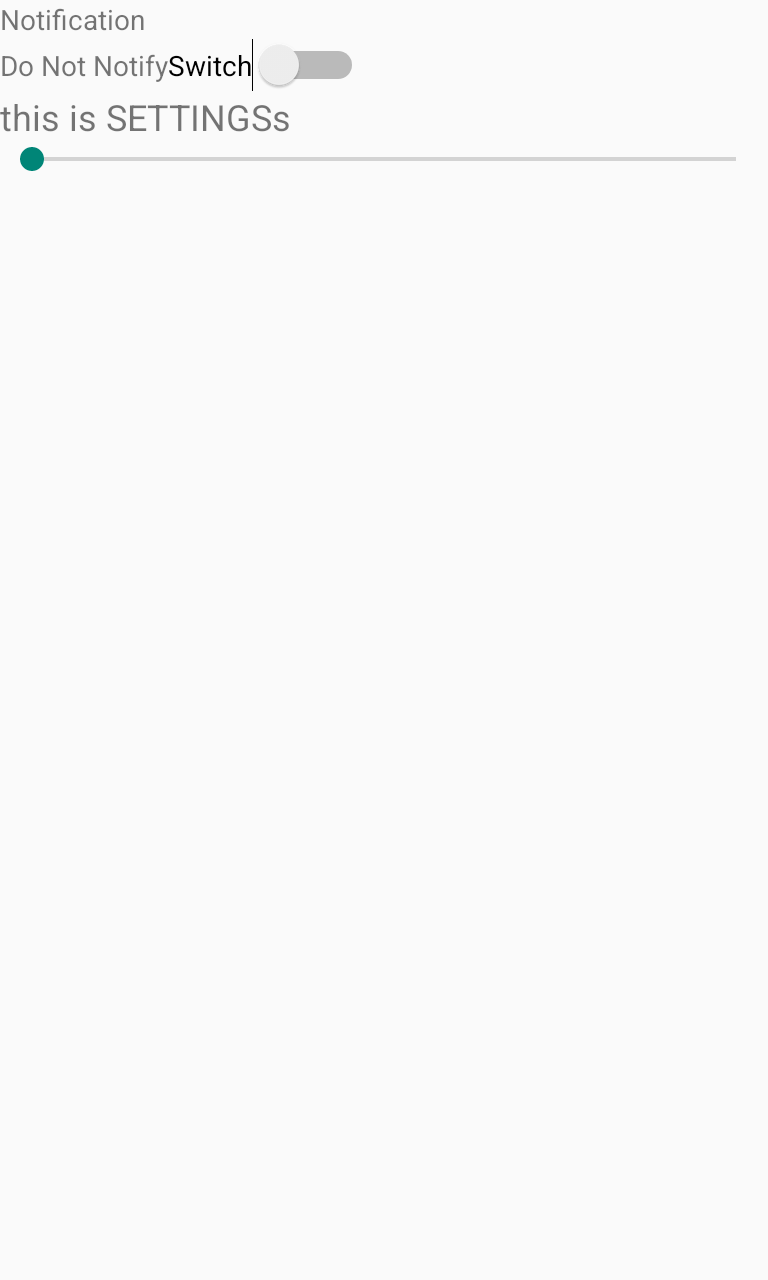
Repository: GitDidNotExitCleanly/AndroidTimer
Layout: G54MDP_Stopwatch/res/layout/fragment_settings.xml
These files come from the project's save history. The layout is drawn as it stood at one moment and after the next save; the edit follows.
It is drawn on a 768 x 1280 px phone screen (xhdpi) without system bars, with theme AppTheme; the app's code is not run.

Above is the layout before, as saved 2015-03-07 12:54:25.

After the next save:
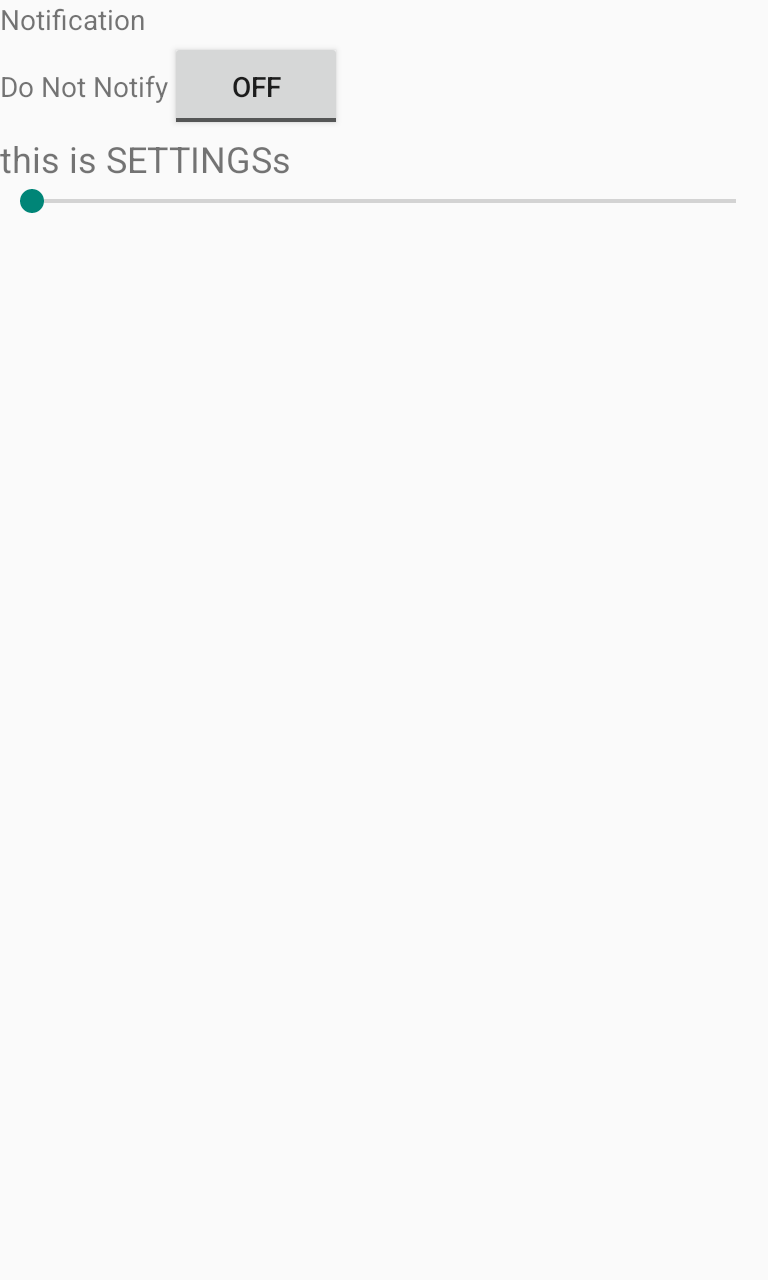
Saved 88 s later.
--- a/G54MDP_Stopwatch/res/layout/fragment_settings.xml
+++ b/G54MDP_Stopwatch/res/layout/fragment_settings.xml
@@ -14,7 +14,7 @@
             android:layout_height="wrap_content"
             android:text="Notification" />
 
-        <LinearLayout
+       <LinearLayout
             android:layout_width="match_parent"
             android:layout_height="wrap_content" >
 
@@ -24,11 +24,12 @@
                 android:layout_height="wrap_content"
                 android:text="Do Not Notify" />
 
-            <Switch
-                android:id="@+id/switch1"
+            <ToggleButton
+                android:id="@+id/toggleButton1"
                 android:layout_width="wrap_content"
                 android:layout_height="wrap_content"
-                android:text="Switch" />
+                android:text="ToggleButton" />
+
         </LinearLayout>
     </LinearLayout>
 
